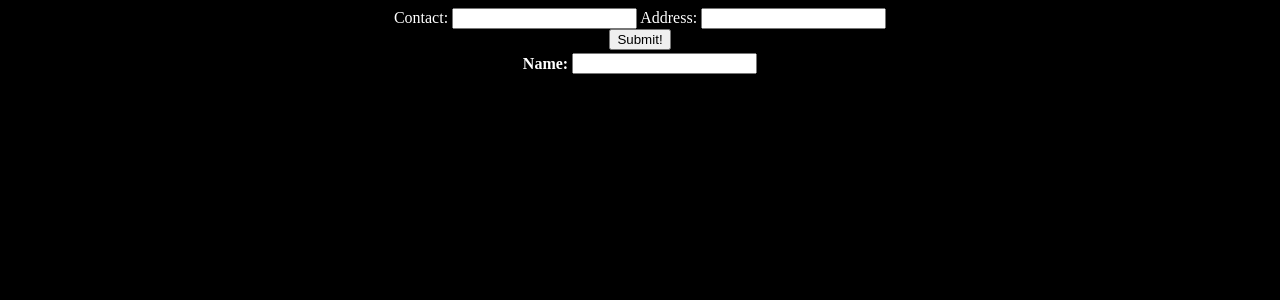
Repository: kushagraBhargava16/AllProjects
Page: http://localhost/CRUDByJSP/
The author's editor kept a copy of each file at every save. The page is drawn from the files as they stood at one save, then again after a run of saves.
The browser window is 1280 px wide. The pictures show the whole page.
The page is served by Tomcat 9. Other server files are loaded and not shown.

Above is the page before, as saved 2015-11-30 10:50:10.

### CURDWORKSPACE/CRUDByJSP/WebContent/index.jsp
<%@ page language="java" contentType="text/html; charset=ISO-8859-1"
	pageEncoding="ISO-8859-1"%>
<!DOCTYPE html PUBLIC "-//W3C//DTD HTML 4.01 Transitional//EN" "http://www.w3.org/TR/html4/loose.dtd">
<html>
<head>
<meta http-equiv="Content-Type" content="text/html; charset=ISO-8859-1">
<title>Insert title here</title>
</head>
<body style="background-color: black; color: white;">
	<center>
		<form method="post" action="EmployeeServlet">
			<table>
				<tr>

<th>					Name:</th>
<td>
					<input type="text" name="name">
</td>
				</tr>
				<tr>
				Contact:
				<input type="text" name="contact">
				</tr>

 Address:
				<input type="text" name="address">
				<br />
				<input type="submit" value="Submit!">
			</table>
		</form>
	</center>
</body>
</html>

After the next 2 saves:
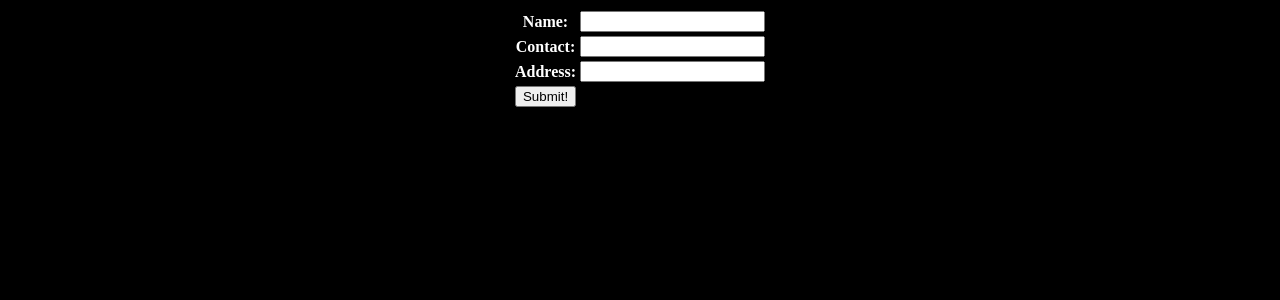
The 2 saves are shown as one change because they came seconds apart.
The last was saved 57 s later.
--- a/CURDWORKSPACE/CRUDByJSP/WebContent/index.jsp
+++ b/CURDWORKSPACE/CRUDByJSP/WebContent/index.jsp
@@ -12,20 +12,20 @@
 			<table>
 				<tr>
 
-<th>					Name:</th>
-<td>
-					<input type="text" name="name">
-</td>
+					<th>Name:</th>
+					<td><input type="text" name="name"></td>
 				</tr>
 				<tr>
-				Contact:
-				<input type="text" name="contact">
+					<th>Contact:</th>
+					<td><input type="text" name="contact"></td>
 				</tr>
-
- Address:
-				<input type="text" name="address">
-				<br />
-				<input type="submit" value="Submit!">
+				<tr>
+					<th>Address:</th>
+					<td><input type="text" name="address"></td>
+				</tr>
+				<tr>
+					<td colspan="3"><input type="submit" value="Submit!"></td>
+				</tr>
 			</table>
 		</form>
 	</center>
